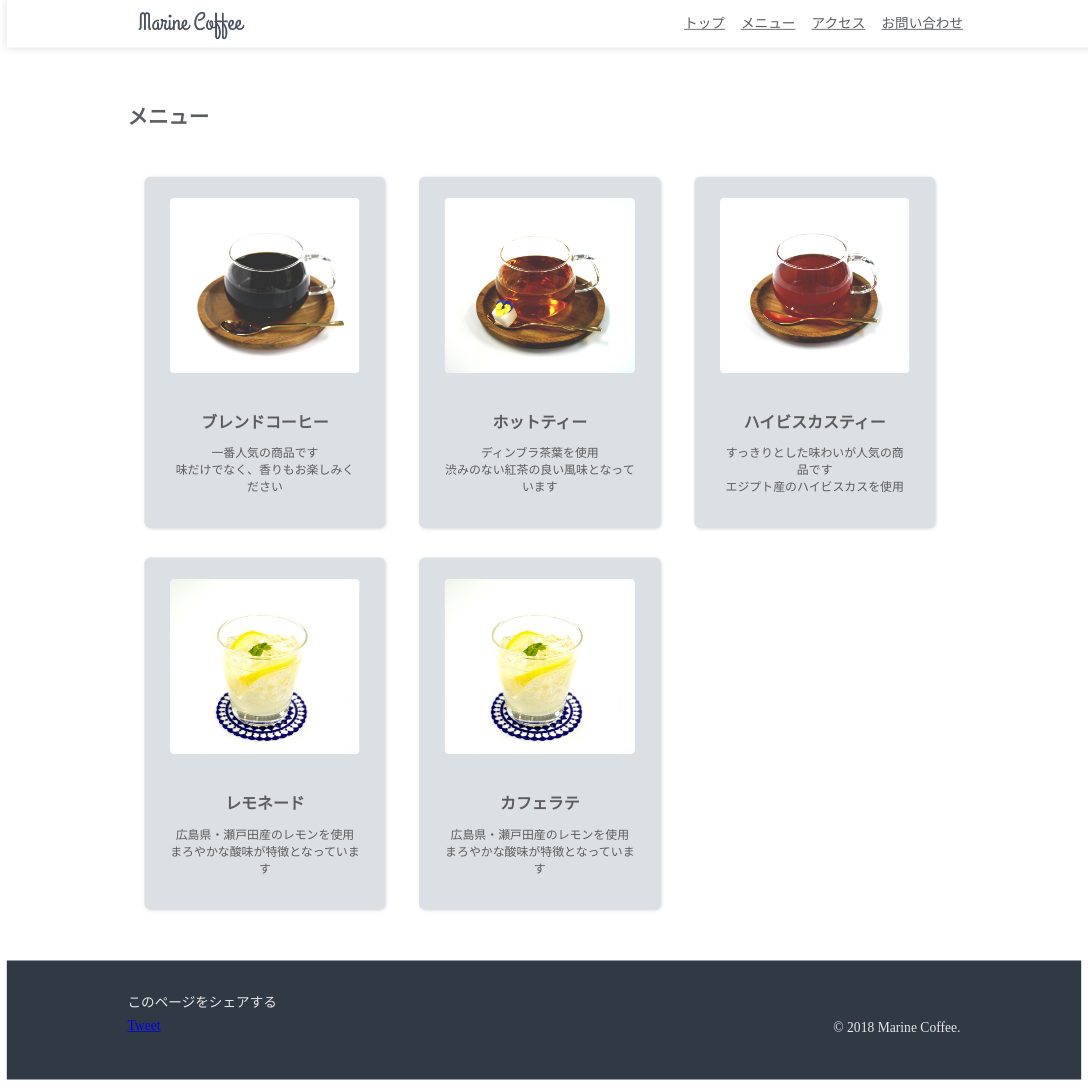
Repository: Kazuya888/samurai_HTML-CSS
Page: marine_coffee/menu.html
The author's editor kept a record of every edit. The page is drawn from the files as they stood at one moment, then again after the next edit.
The browser window is 1280 px wide. The pictures show the whole page, at 85% of full size.

Above is the page before.

After the next edit:
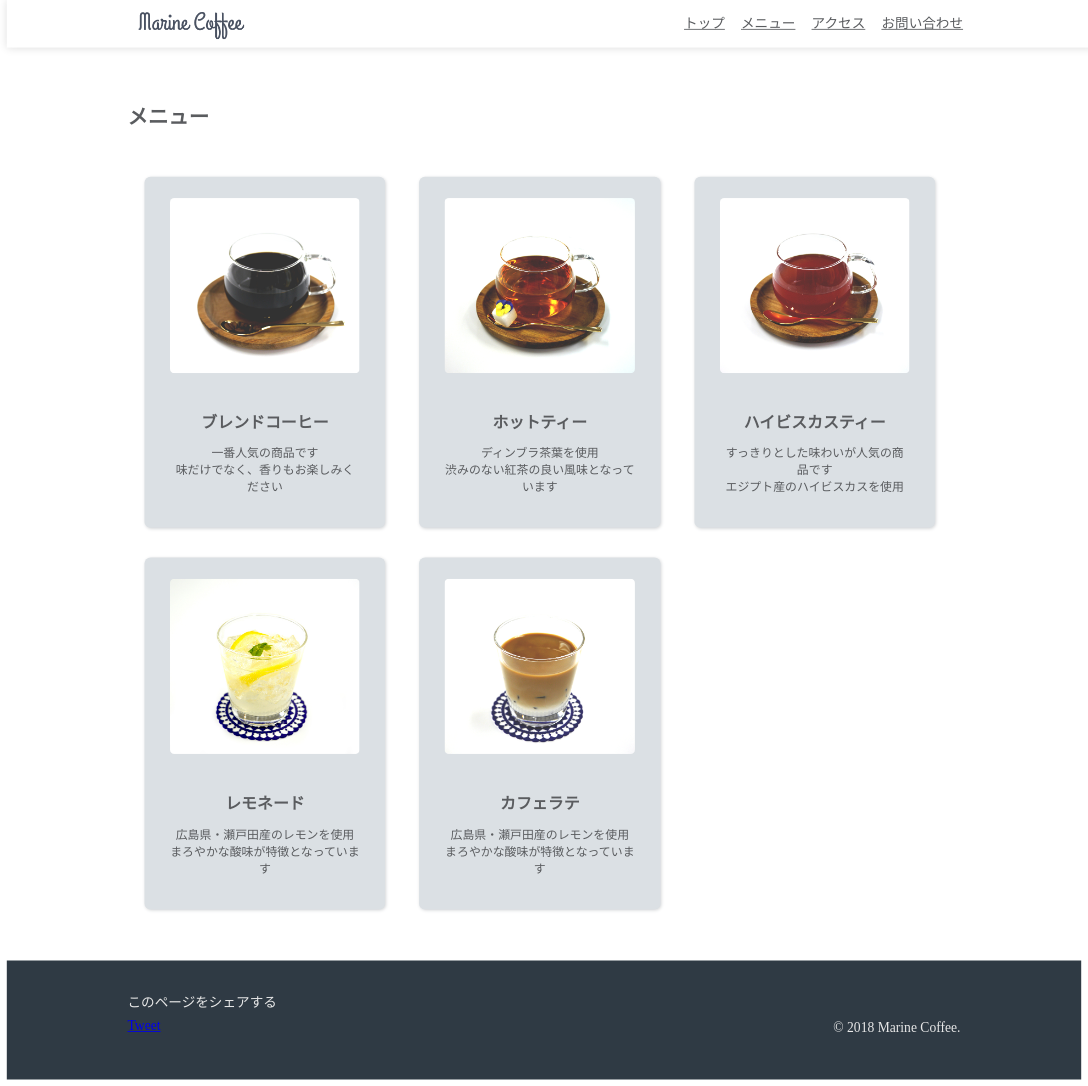
The edit:
--- a/marine_coffee/menu.html
+++ b/marine_coffee/menu.html
@@ -83,7 +83,7 @@
 <!----------カフェラテ-------------->
             <div class="menu-card">
                 <div class= "menu-card-inner">
-                    <img class="menu-image" src="images/lemonade.jpg"
+                    <img class="menu-image" src="images/caffelatte.jpg"
                     alt="カフェラテ">
                     <h3 class="menu-title">カフェラテ</h3>
                     <p class="menu-text">
